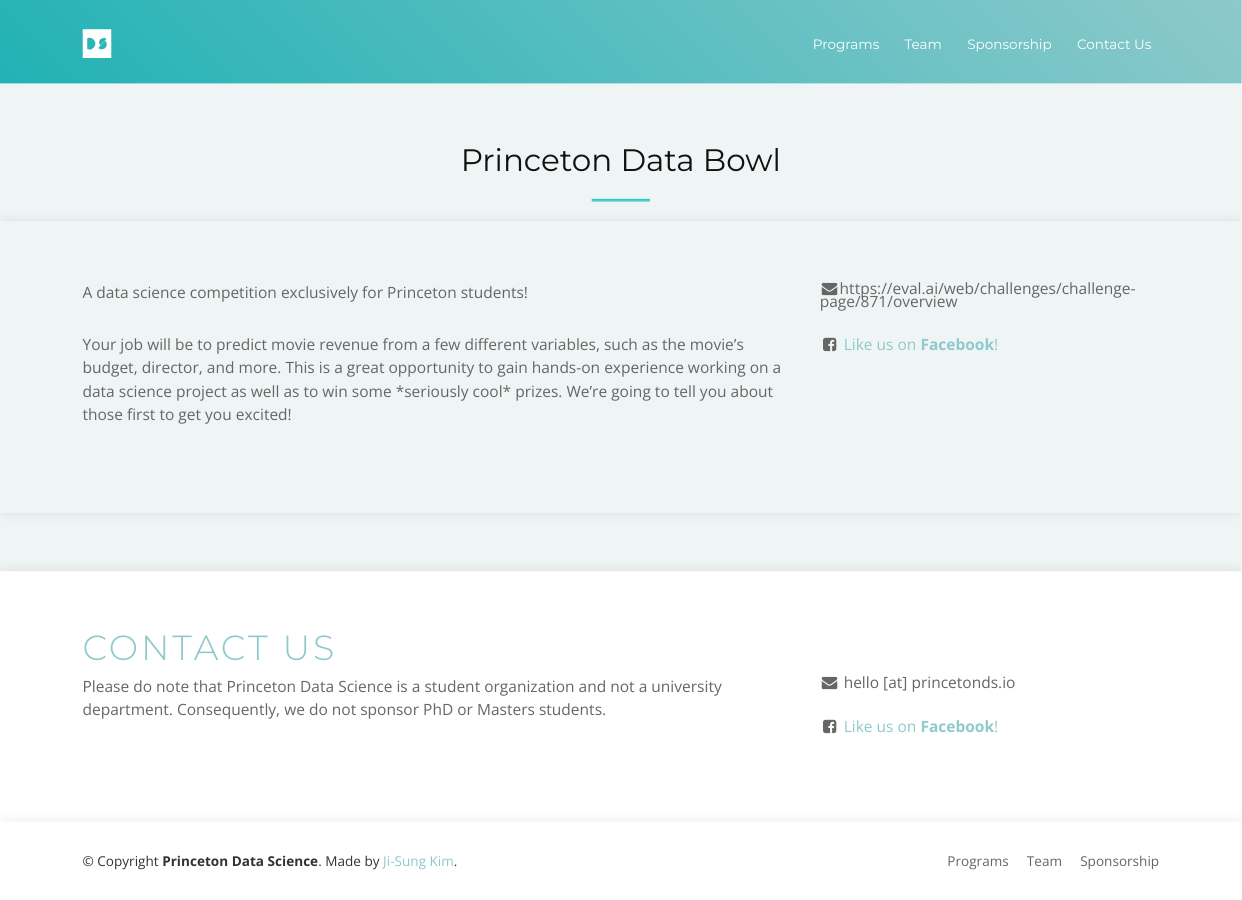
Repository: princetonds/princetonds.github.io
Page: team2.html
The author's editor kept a copy of each file at every save. The page is drawn from the files as they stood at one save, then again after a run of saves.
The browser window is 1280 px wide. The pictures show the whole page, at 97% of full size.

Above is the page before, as saved 2021-03-20 03:07:59.
Console error: TypeError: Cannot read properties of null (reading 'innerHTML')

### team2.html
<!DOCTYPE html>
<html lang="en">
<head>
  <meta charset="utf-8">
  <title>Princeton Data Science (PDS)</title>
  <meta content="width=device-width, initial-scale=1.0" name="viewport">
  <meta content="" name="keywords">
  <meta content="" name="description">

  <!-- Favicons (created with http://realfavicongenerator.net/)-->
  <link rel="apple-touch-icon" sizes="180x180" href="/img/favicons/apple-touch-icon.png">
  <link rel="icon" type="image/png" href="/img/favicons/favicon-32x32.png" sizes="32x32">
  <link rel="icon" type="image/png" href="/img/favicons/favicon-16x16.png" sizes="16x16">
  <link rel="manifest" href="/img/favicons/manifest.json">
  <link rel="mask-icon" href="/img/favicons/safari-pinned-tab.svg" color="#49acad">
  <link rel="shortcut icon" href="/img/favicons/favicon.ico">
  <meta name="msapplication-config" content="/img/favicons/browserconfig.xml">
  <meta name="theme-color" content="#ffffff">

  <!-- Facebook Graph tags -->
  <meta property="og:url" content="https://princetonds.io" />
  <meta property="og:site_name" content="princetonds.io" />
  <meta property="og:title" content="Princeton Data Science (PDS)" />
  <meta name="og:description" content="Princeton Data Science (PDS) was founded in 2014-2015 to promote the practice and study of data science, a growing field that spans many disciplines such as statistics, machine learning, computer science, and business analytics." />
  <meta property="og:image" content="https://princetonds.io/img/500px_square_logo.png" />

  <!-- Google Fonts -->
  <link href="https://fonts.googleapis.com/css?family=Montserrat:300,400,500,700|Open+Sans:300,400,700" rel="stylesheet">

  <!-- Bootstrap CSS File -->
  <link href="lib/bootstrap/css/bootstrap.min.css" rel="stylesheet">

  <!-- Libraries CSS Files -->
  <link href="lib/animate/animate.min.css" rel="stylesheet">
  <link href="lib/font-awesome/css/font-awesome.min.css" rel="stylesheet">
  <link href="lib/magnific-popup/magnific-popup.css" rel="stylesheet">

  <!-- Main Stylesheet File -->
  <link href="css/style.css" rel="stylesheet">
  <link href="css/new.css" rel="stylesheet">
</head>

<body>

  <!--==========================
    Header
  ============================-->
  <header id="header">
    <div class="container">

      <div id="logo" class="pull-left">
        <h1><a href="#teamintro" class="scrollto"><img class="navbar-logo" src="img/inverted-logo.svg"></a></h1>
     </div>

      <nav id="nav-menu-container">
        <ul class="nav-menu">
          <li class="menu-active"><a href="https://princetonds.io">Programs</a></li>
          <li><a href="team.html">Team</a></li>
          <li><a href="media/sponsorship.pdf">Sponsorship</a></li>
          <li><a href="#contact">Contact Us</a></li>
        </ul>
      </nav><!-- #nav-menu-container -->
    </div>
  </header><!-- #header -->

  <!--==========================
    Intro Section
  ============================-->

  <!--==========================
    Intro Section
  ============================-->
  <section id="teamintro">
    <!-- <div class="team-intro-text">
      <h3>Our Team</h3>
    </div> -->
  </section>


  <!-- #intro -->


  <main id="main">


    <!--==========================
      Our Team Section
    ============================-->
    <section id="team" class="section-bg">
      <div class="container">
        <div class="section-header">
          <h3 class="section-title">Princeton Data Bowl</h3>
          <span class="section-divider"></span>
        </div>
      </div>

    <!--==========================
      Contact Section
    ============================-->
    <section id="contact">
      <div class="container">
        <div class="row wow fadeInUp">
          <div class="contact-about">
            <div class="col-lg-12 col-md-12">
              <!-- <h3>Data Science competition exclusively for Princeton students</h3> -->
            </div>
          </div>
        </div>

        <div class="row wow fadeInUp">
          <div class="col-lg-8 col-md-6">
            <p>A data science competition exclusively for Princeton students!</p>
               Your job will be to predict movie revenue from a few different variables, such as the movie’s budget, director, and more. This is a great opportunity to gain hands-on experience working on a data science project as well as to win some *seriously cool* prizes. We’re going to tell you about those first to get you excited!
            </p>
          </div>
          <div class="col-lg-4 col-md-6 links">
            <p><i class="fa fa-envelope fa-fw"></i>https://eval.ai/web/challenges/challenge-page/871/overview</p>
            <p><i class="fa fa-facebook-square fa-fw"></i> <a href="https://www.facebook.com/princetonds" class="facebook">Like us on <strong>Facebook</strong>!</a></p>
          </div>
        </div>
      </div>
    </section><!-- #contact -->


    </section><!-- #team -->

    <!--==========================
      Contact Section
    ============================-->
    <section id="contact">
      <div class="container">
        <div class="row wow fadeInUp">
          <div class="contact-about">
            <div class="col-lg-12 col-md-12">
              <h3>Contact Us</h3>
            </div>
          </div>
        </div>

        <div class="row wow fadeInUp">
          <div class="col-lg-8 col-md-6">
            <p>Please do note that Princeton Data Science is a student organization and not a university department. Consequently, we do not sponsor PhD or Masters students.</p>
          </div>
          <div class="col-lg-4 col-md-6 links">
            <p><i class="fa fa-envelope fa-fw"></i> hello [at] princetonds.io</p>
            <p><i class="fa fa-facebook-square fa-fw"></i> <a href="https://www.facebook.com/princetonds" class="facebook">Like us on <strong>Facebook</strong>!</a></p>
          </div>
        </div>
      </div>
    </section><!-- #contact -->

  </main>

  <!--==========================
    Footer
  ============================-->
  <footer id="footer">
    <div class="container">
      <div class="row">
        <div class="col-lg-6 text-lg-left text-center">
          <div class="copyright">
            &copy; Copyright <strong>Princeton Data Science</strong>. Made by <a href="https://jisungkim.com">Ji-Sung Kim</a>.
          </div>
          <div class="credits">
          </div>
        </div>
        <div class="col-lg-6">
          <nav class="footer-links text-lg-right text-center pt-2 pt-lg-0">
            <a href="#programs" class="scrollto">Programs</a>
            <a href="#team" class="scrollto">Team</a>
            <a href="media/sponsorship.pdf">Sponsorship</a>
          </nav>
        </div>
      </div>
    </div>
  </footer><!-- #footer -->

  <a href="#" class="back-to-top"><i class="fa fa-chevron-up"></i></a>

  <!-- JavaScript Libraries -->
  <script src="lib/jquery/jquery.min.js"></script>
  <script src="lib/jquery/jquery-migrate.min.js"></script>
  <script src="lib/bootstrap/js/bootstrap.bundle.min.js"></script>
  <script src="lib/easing/easing.min.js"></script>
  <script src="lib/wow/wow.min.js"></script>
  <script src="lib/superfish/hoverIntent.js"></script>
  <script src="lib/superfish/superfish.min.js"></script>
  <script src="lib/magnific-popup/magnific-popup.min.js"></script>

  <!-- Template Main Javascript File -->
  <script src="js/main.js"></script>
  <script src="js/typewriter.js"></script>

</body>
</html>

### css/new.css
.program {
    padding: 40px;
}

.program h3 {
    color: black;
    font-weight: 700;
    font-family: "Open Sans";
}

.section {
    padding-top: 100px;
}


#programs {
    padding: 60px 0;
}

#clients {
    padding: 60px 0;
}

.sponsor-title {
    padding-bottom: 15px;
}

.profile-description {
    font-size: 14px;
}

.arjun {
    font-size: 15px !important;
    line-height: 22px;
}

.links p {
    line-height: 12px;
}

.presidents {
    color: #999999;
    font-size: 16px;
}

Loaded but not shown: lib/bootstrap/css/bootstrap.min.css (library); lib/animate/animate.min.css (library); lib/font-awesome/css/font-awesome.min.css (library); lib/magnific-popup/magnific-popup.css (library); lib/jquery/jquery.min.js (library); lib/jquery/jquery-migrate.min.js (library); lib/bootstrap/js/bootstrap.bundle.min.js (library); lib/easing/easing.min.js (common file); lib/wow/wow.min.js (library); lib/superfish/hoverIntent.js (library); lib/superfish/superfish.min.js (library); lib/magnific-popup/magnific-popup.min.js (library); js/main.js (125 lines, source omitted); js/typewriter.js (28 lines, source omitted); css/style.css (1304 lines, source omitted)

After the next 3 saves:
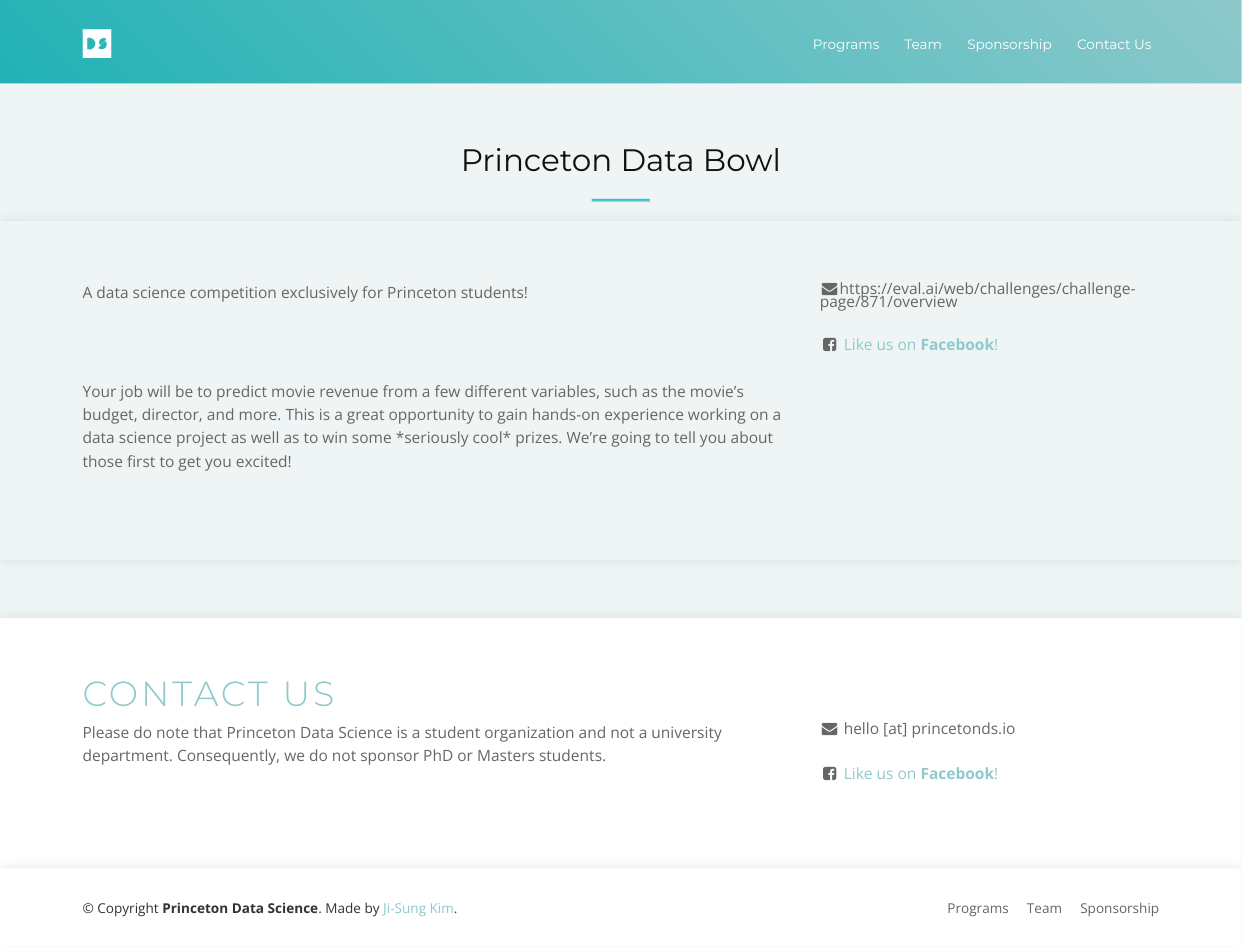
The 3 saves are shown as one change because they came seconds apart.
The last was saved 11 s later.
--- a/team2.html
+++ b/team2.html
@@ -110,6 +110,9 @@
         <div class="row wow fadeInUp">
           <div class="col-lg-8 col-md-6">
             <p>A data science competition exclusively for Princeton students!</p>
+            <br>
+            <br>
+            <p>
                Your job will be to predict movie revenue from a few different variables, such as the movie’s budget, director, and more. This is a great opportunity to gain hands-on experience working on a data science project as well as to win some *seriously cool* prizes. We’re going to tell you about those first to get you excited!
             </p>
           </div>
